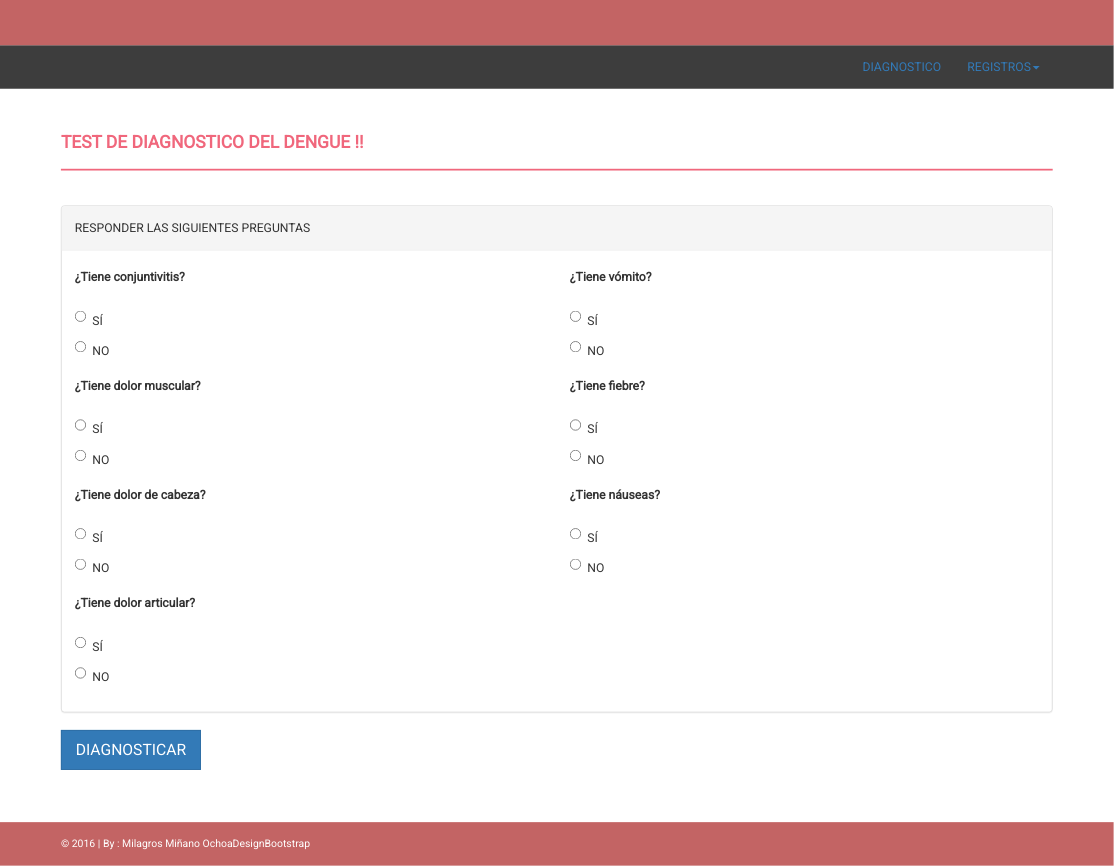
Repository: Mili10/PROYECTOII
Page: http://localhost/Capa_Presentacion/frmCuestionario.jsp
These files come from the project's save history. The page is drawn as it stood at one moment and after the next save; the edit follows.
The browser window is 1280 px wide. The pictures show the whole page, at 87% of full size.
The page is served by Tomcat 9. Other server files are loaded and not shown.

Above is the page before, as saved 2016-07-07 16:14:12.

### sistema_experto_web/Capa_Presentacion/WebContent/frmCuestionario.jsp
<%@ page language="java" contentType="text/html; charset=ISO-8859-1"
    pageEncoding="ISO-8859-1"%>
<!DOCTYPE html PUBLIC "-//W3C//DTD HTML 4.01 Transitional//EN" "http://www.w3.org/TR/html4/loose.dtd">
<html>
<head>
<meta http-equiv="Content-Type" content="text/html; charset=ISO-8859-1">
<title>Insert title here</title>
	<link href="Plantilla/css/bootstrap.css" rel="stylesheet" />
    <link href="Plantilla/css/font-awesome.css" rel="stylesheet" />
    <link href="Plantilla/css/style.css" rel="stylesheet" />
</head>
<body>
	<jsp:include page="includes/masterHeader.jsp"></jsp:include>

	<form method="post" action="sCuestionario">

	<!-- MENU SECTION END-->
    <div class="content-wrapper">
        <div class="container">
            <div class="row">
                <div class="col-md-12">
                    <h4 class="page-head-line">TEST DE DIAGNOSTICO DEL DENGUE !! </h4>
                </div>
            </div>
                    <div class="panel panel-default">
                    <div class="panel-heading">
                        RESPONDER LAS SIGUIENTES PREGUNTAS
                    </div>
                    <div class="row">
                    <div class="panel-body">

                     	<div class="col-md-6">
                     			<div class="form-group">
								    <label for="exampleInputEmail1">¿Tiene conjuntivitis?</label>
								</div>
								<div class="radio">
								  <label>
								    <input type="radio" name="opcionC" id="optionsRadios1" value="Conjuntivitis" >
								    SÍ
								  </label>
								</div>
								<div class="radio">
								  <label>
								    <input type="radio" name="opcionC" id="optionsRadios2" value="~Conjuntivitis">
								    NO
								  </label>
								</div>

								<div class="form-group">
								    <label for="exampleInputEmail1">¿Tiene dolor muscular?</label>
								</div>
								<div class="radio">
								  <label>
								    <input type="radio" name="opcion1DM" id="optionsRadios1" value="D_muscular" >
								    SÍ
								  </label>
								</div>
								<div class="radio">
								  <label>
								    <input type="radio" name="opcion1DM" id="optionsRadios2" value="~D_muscular">
								    NO
								  </label>
								</div>
								<div class="form-group">
								    <label for="exampleInputEmail1">¿Tiene dolor de cabeza?</label>
								</div>
								<div class="radio">
								  <label>
								    <input type="radio" name="opcion2DC" id="opcion2DC" value="D_cabeza" >
								    SÍ
								  </label>
								</div>
								<div class="radio">
								  <label>
								    <input type="radio" name="opcion2DC" id="opcion2DC1" value="~D_cabeza">
								    NO
								  </label>
								</div>
								<div class="form-group">
								    <label for="exampleInputEmail1">¿Tiene dolor articular?</label>
								</div>
								<div class="radio">
								  <label>
								    <input type="radio" name="opcion3DA" id="opcion3DA" value="D_articular">
								    SÍ
								  </label>
								</div>
								<div class="radio">
								  <label>
								    <input type="radio" name="opcion3DA" id="opcion3DA1" value="~D_articular">
								    NO
								  </label>
								</div>
						</div>

						 <div class="col-md-6">

								<div class="form-group">
								    <label for="exampleInputEmail1">¿Tiene vómito?</label>
								</div>
								<div class="radio">
								  <label>
								    <input type="radio" name="opcion4V" id="opcion4V" value="Vomito" >
								    SÍ
								  </label>
								</div>
								<div class="radio">
								  <label>
								    <input type="radio" name="opcion4V" id="opcion4V1" value="~Vomito">
								    NO
								  </label>
								</div>

								<div class="form-group">
								    <label for="exampleInputEmail1">¿Tiene fiebre?</label>
								</div>
								<div class="radio">
								  <label>
								    <input type="radio" name="opcion5F" id="optionsRadios1" value="Fiebre" >
								    SÍ
								  </label>
								</div>
								<div class="radio">
								  <label>
								    <input type="radio" name="opcion5F" id="optionsRadios2" value="~Fiebre">
								    NO
								  </label>
								</div>
								<div class="form-group">
								    <label for="exampleInputEmail1">¿Tiene náuseas?</label>
								</div>
								<div class="radio">
								  <label>
								    <input type="radio" name="opcion6N" id="optionsRadios1" value="Nauseas" >
								    SÍ
								  </label>
								</div>
								<div class="radio">
								  <label>
								    <input type="radio" name="opcion6N" id="optionsRadios2" value="~Nauseas">
								    NO
								  </label>
								</div>
						 </div>

                     </div>
                     </div>

                            </div>
                            <button type="submit" class="btn btn-primary btn-lg" name="btnDiagnosticar" value="DIAGNOSTICAR" >
                              DIAGNOSTICAR
                            </button>

                    </div>
               </div>
    </form>

	<jsp:include page="includes/masterFooter.jsp"></jsp:include>

	<script src="Plantilla/js/jquery-1.11.1.js"></script>
    <script src="Plantilla/js/bootstrap.js"></script>
</body>
</html>

### sistema_experto_web/Capa_Presentacion/WebContent/includes/masterHeader.jsp
    <div class="navbar navbar-inverse set-radius-zero">
        <div class="container">
            <div class="navbar-header">
                <button type="button" class="navbar-toggle" data-toggle="collapse" data-target=".navbar-collapse">
                    <span class="icon-bar"></span>
                    <span class="icon-bar"></span>
                    <span class="icon-bar"></span>
                </button>
                <a class="navbar-brand" href="index.html">

                </a>

            </div>

        </div>
    </div>
    <!-- LOGO HEADER END-->
    <section class="menu-section">
        <div class="container">
            <div class="row">
                <div class="col-md-12">
                    <div class="navbar-collapse collapse">
                        <ul class="nav navbar-nav navbar-right">
                            <li><a href="frmCuestionario.jsp">DIAGNOSTICO</a></li>
                            <li class="dropdown">
                            	<a href="#" class="dropdown-toggle" data-toggle="dropdown" role="button" aria-haspopup="true" aria-expanded="false">REGISTROS<span class="caret"></span></a>
                            	<ul class="dropdown-menu">
						            <li><a href="frmRegistroSintoma.jsp" role="button">SINTOMA</a></li>
						        </ul>
                            </li>
                        </ul>
                    </div>
                </div>

            </div>
        </div>
    </section>

### sistema_experto_web/Capa_Presentacion/WebContent/includes/masterFooter.jsp
<!-- CONTENT-WRAPPER SECTION END-->
    <footer>
        <div class="container">
            <div class="row">
                <div class="col-md-12">
                    &copy; 2016 | By : Milagros Miñano Ochoa<a href="http://www.designbootstrap.com/" target="_blank">DesignBootstrap</a>
                </div>

            </div>
        </div>
    </footer>

### sistema_experto_web/Capa_Presentacion/WebContent/Plantilla/css/style.css

/*=============================================================
    Authour URL: www.designbootstrap.com

    http://www.designbootstrap.com/

    License: MIT

    http://opensource.org/licenses/MIT

    100% Free To use For Personal And Commercial Use.

    IN EXCHANGE JUST TELL PEOPLE ABOUT THIS WEBSITE

========================================================  */


/* =============================================================
   GENERAL STYLES
 ============================================================ */

@import url(http://fonts.googleapis.com/css?family=Roboto); /* FREE GOOGLE FONT */

body {
    font-family: 'Roboto', sans-serif;
    line-height: 30px;
}

.set-radius-zero {
    border-radius: 0px;
    -moz-border-radius: 0px;
    -webkit-border-radius: 0px;
}

.content-wrapper {
    margin-top: 40px;
    min-height: 600px;
    padding-bottom: 60px;
}

.page-head-line {
    font-weight: 900;
    padding-bottom: 20px;
    border-bottom: 2px solid #F0677C;
    text-transform: uppercase;
    color: #F0677C;
    font-size: 20px;
    margin-bottom: 40px;
}

.btn {
    border-radius: 0px;
    -webkit-border-radius: 0px;
    -moz-border-radius: 0px;
}

.progress {
    height: 8px;
    border-radius: 0px;
    -webkit-border-radius: 0px;
    -moz-border-radius: 0px;
}
.login-icon {
    height: 60px;
width: 60px;
padding: 13px;
border-radius: 50%;
font-size: 30px;
margin-bottom: 20px;
color: #fff;
text-align: center;
cursor:pointer;
background-color:#F0677C;
-webkit-border-radius:50%;
    -moz-border-radius:50%;
}
/* =============================================================
   HEADER SECTION STYLES
 ============================================================ */
header {
    background-color: #F0677C;
    color: #fff;
    padding: 10px;
    text-align: right;
}


/* =============================================================
   LOGO SECTION STYLES
 ============================================================ */
.left-div {
    padding-left: 30px;
    margin-top: 40px;
    margin-bottom: 30px;
}

.navbar-brand {
    width: 250px;
    padding-top: 30px;
}

/* USER SETTINGS DIV */
.user-settings-wrapper .nav > li > a {
    position: relative;
    display: block;
    padding: 15px 18px;
    border-radius: 50%;
    -webkit-border-radius: 50%;
    -moz-border-radius: 50%;
    height: 60px;
    width: 60px;
    background-color: #F0677C;
    color: #fff;
}

.user-settings-wrapper {
    margin-top: 10px;
}

    .user-settings-wrapper li {
        display: inline-block;
    }

    .user-settings-wrapper .dropdown-settings {
        width: 200px;
        padding: 10px;
    }

    .user-settings-wrapper .nav > li > a:hover,.user-settings-wrapper .nav > li > a:focus {
        text-decoration: none;
        background-color: #C36464!important;
    }

    .user-settings-wrapper img {
        height: 64px;
        width: 64px;
        border: 1px solid #000000;
    }

    .user-settings-wrapper .dropdown-menu {
        margin: 0px;
        border-radius: 0px!important;
        -moz-border-radius: 0px!important;
        -webkit-border-radius: 0px!important;
    }

    .user-settings-wrapper .btn {
        border-radius: 0px!important;
        -moz-border-radius: 0px!important;
        -webkit-border-radius: 0px!important;
    }

    .user-settings-wrapper .media-heading {
        padding-top: 10px;
    }

/* MENU LINKS SECTION*/

.menu-section {
    background-color: #3D3D3D;
}

#menu-top a {
    color: #FFF;
    text-decoration: none;
    font-weight: 500;
    padding: 10px 10px 10px 10px;
    text-transform: uppercase;
}

.menu-top-active {
    background-color: #C36464;
}

.menu-section .nav > li > a:hover,.menu-section .nav > li > a:focus {
    background-color: #F0677C!important;
}

.menu-section .dropdown-menu > li > a:hover,.menu-section .dropdown-menu > li > a:focus {
    background-color: #F0677C!important;
}

.navbar-inverse {
    background-color: #C36464;
    border-color: transparent;
}

.navbar-toggle {
    background-color: #F0677C;
    border: 1px solid #fff;
}

.navbar {
    margin-bottom: 0px;
}
/* =============================================================
   FOOTER SECTION STYLES
 ============================================================ */
footer {
    padding: 10px;
    color: #fff;
    font-size: 12px;
    background-color: #C36464;
}

    footer a, footer a:hover {
        color: #fff;
        text-decoration: none;
    }

/*==============================================
    DASHBOARD  STYLES
 =============================================*/

/* DASHBOARD ICONS */

.bk-clr-one {
    background-color: #B9B739;
}

.bk-clr-two {
    background-color: #F94C4C;
}

.bk-clr-three {
    background-color: #119c7e;
}

.bk-clr-four {
    background-color: #b739b9;
}

.dashboard-div-icon {
    height: 75px;
    width: 75px;
    border: 2px solid #fff;
    padding: 20px;
    border-radius: 50%;
    -webkit-border-radius:50%;
    -moz-border-radius:50%;
    font-size: 30px;
    margin-bottom: 20px;
    color: #fff;
}

.dashboard-div-wrapper {
    border-radius: 5px;
    text-align: center;
    padding: 15px;
    color: #fff;
    margin-bottom: 50px;
}

    .dashboard-div-wrapper .progress {
        height: 2px;
    }

/* NOTICE BOARD */


.notice-board .panel {
    border-radius: 0px;
    -webkit-border-radius: 0px;
    -moz-border-radius: 0px;
}

.notice-board ul {
    padding-left: 0px;
    list-style: none;
}

.notice-board li {
    padding: 10px;
    border-bottom: 1px solid #E5E5E5;
}

    .notice-board li span {
        margin-right: 10px;
        border: 1px solid #DBDBDB;
        padding: 5px;
    }

    .notice-board li a, li a:hover {
        text-decoration: none;
        color: #000;
    }

/* SOCIAL BUTTONS */
.btn-social {
    color: white;
    opacity: 0.8;
}

    .btn-social:hover {
        color: white;
        opacity: 1;
        text-decoration: none;
    }

.btn-facebook {
    background-color: #3b5998;
}

.btn-twitter {
    background-color: #00aced;
}

.btn-linkedin {
    background-color: #0e76a8;
}

.btn-google {
    background-color: #c32f10;
}

Loaded but not shown: sistema_experto_web/Capa_Presentacion/WebContent/Plantilla/css/bootstrap.css (library); sistema_experto_web/Capa_Presentacion/WebContent/Plantilla/css/font-awesome.css (library); sistema_experto_web/Capa_Presentacion/WebContent/Plantilla/js/jquery-1.11.1.js (library); sistema_experto_web/Capa_Presentacion/WebContent/Plantilla/js/bootstrap.js (library)

After the next save:
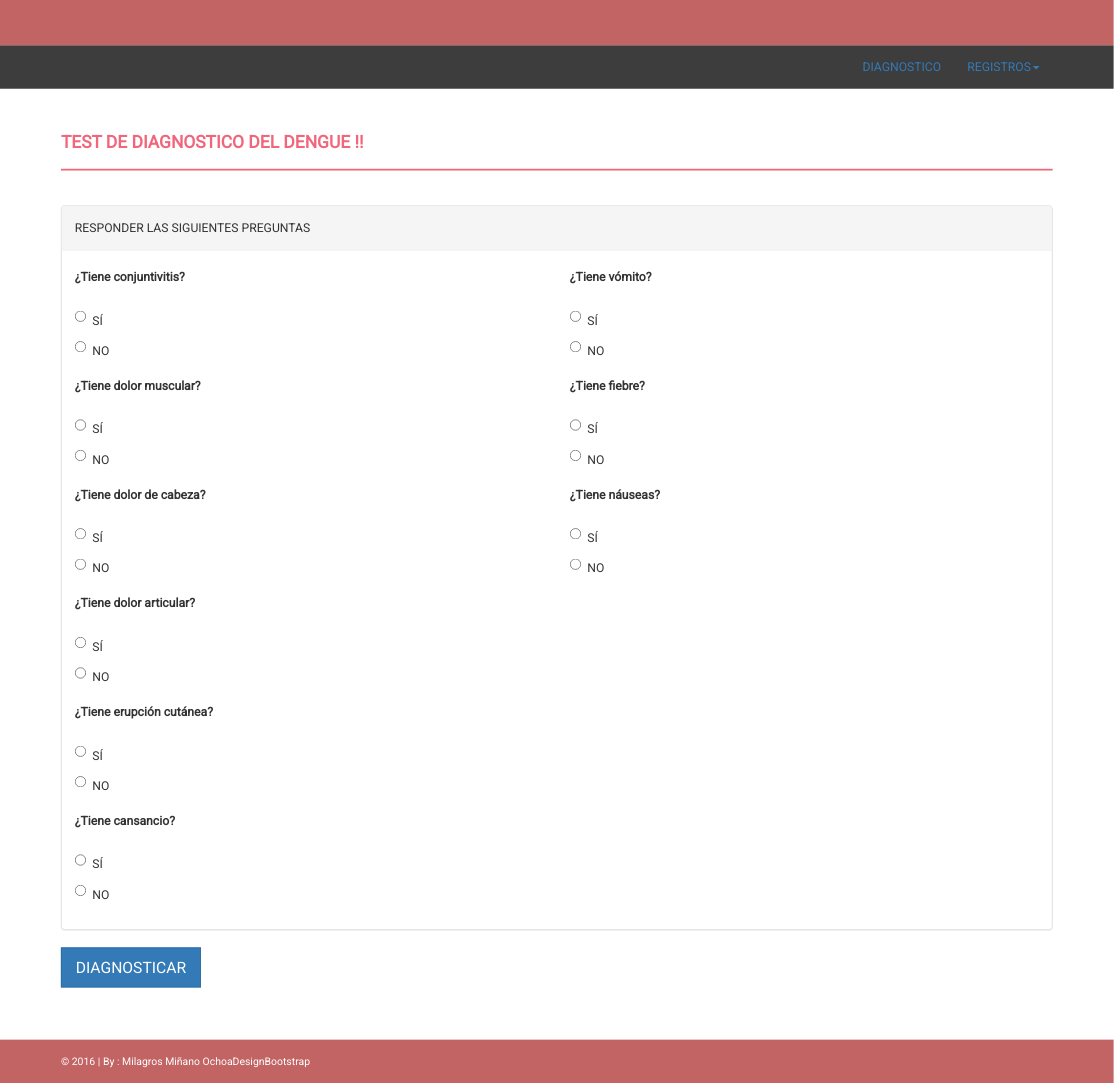
Saved 9 min 21 s later.
--- a/sistema_experto_web/Capa_Presentacion/WebContent/frmCuestionario.jsp
+++ b/sistema_experto_web/Capa_Presentacion/WebContent/frmCuestionario.jsp
@@ -35,29 +35,28 @@
 								</div>
 								<div class="radio">
 								  <label>
-								    <input type="radio" name="opcionC" id="optionsRadios1" value="Conjuntivitis" >
+								    <input type="radio" name="opcionC" id="opcionC" value="Conjuntivitis" >
 								    SÍ
 								  </label>
 								</div>
 								<div class="radio">
 								  <label>
-								    <input type="radio" name="opcionC" id="optionsRadios2" value="~Conjuntivitis">
+								    <input type="radio" name="opcionC" id="opcionC" value="~Conjuntivitis">
 								    NO
 								  </label>
 								</div>
-
 								<div class="form-group">
 								    <label for="exampleInputEmail1">¿Tiene dolor muscular?</label>
 								</div>
 								<div class="radio">
 								  <label>
-								    <input type="radio" name="opcion1DM" id="optionsRadios1" value="D_muscular" >
+								    <input type="radio" name="opcion1DM" id="opcion1DM" value="D_muscular" >
 								    SÍ
 								  </label>
 								</div>
 								<div class="radio">
 								  <label>
-								    <input type="radio" name="opcion1DM" id="optionsRadios2" value="~D_muscular">
+								    <input type="radio" name="opcion1DM" id="opcion1DM" value="~D_muscular">
 								    NO
 								  </label>
 								</div>
@@ -88,6 +87,36 @@
 								<div class="radio">
 								  <label>
 								    <input type="radio" name="opcion3DA" id="opcion3DA1" value="~D_articular">
+								    NO
+								  </label>
+								</div>
+								<div class="form-group">
+								    <label for="exampleInputEmail1">¿Tiene erupción cutánea?</label>
+								</div>
+								<div class="radio">
+								  <label>
+								    <input type="radio" name="opcionEC" id="opcionEC" value="E_cutanea">
+								    SÍ
+								  </label>
+								</div>
+								<div class="radio">
+								  <label>
+								    <input type="radio" name="opcionEC" id="opcionEC" value="~E_cutanea">
+								    NO
+								  </label>
+								</div>
+								<div class="form-group">
+								    <label for="exampleInputEmail1">¿Tiene cansancio?</label>
+								</div>
+								<div class="radio">
+								  <label>
+								    <input type="radio" name="opcionCA" id="opcionCA" value="Cansancio">
+								    SÍ
+								  </label>
+								</div>
+								<div class="radio">
+								  <label>
+								    <input type="radio" name="opcionCA" id="opcionCA" value="~Cansancio">
 								    NO
 								  </label>
 								</div>
